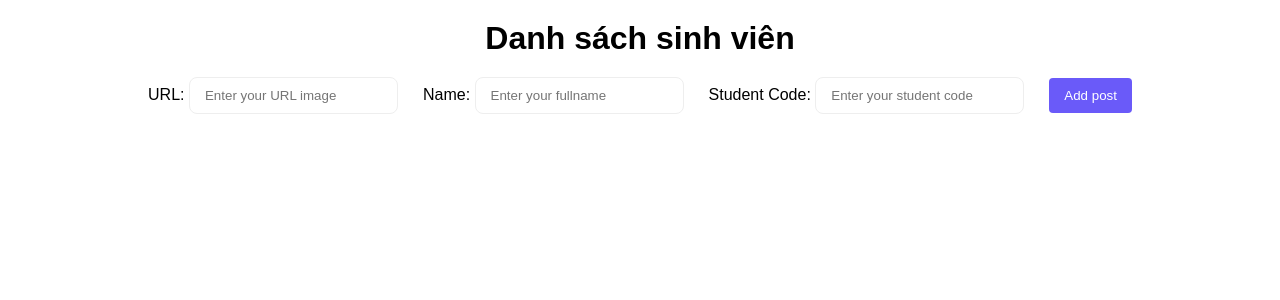
Repository: doquang195/demo-api
Page: indext.html
These files come from the project's save history. The page is drawn as it stood at one moment and after the next save; the edit follows.
The browser window is 1280 px wide. The pictures show the whole page.
The page's requests for data from a server got no answer.

Above is the page before, as saved 2023-10-04 23:52:57.

After the next save:
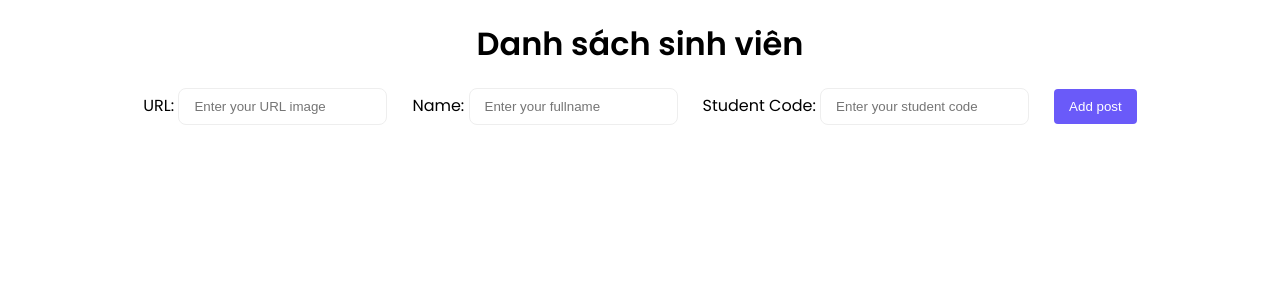
Saved 18 s later.
--- a/style.css
+++ b/style.css
@@ -1,5 +1,5 @@
 body {
-    font-family: "Popins", sans-serif;
+    font-family: "Poppins", sans-serif;
 }
 
 .heading {
